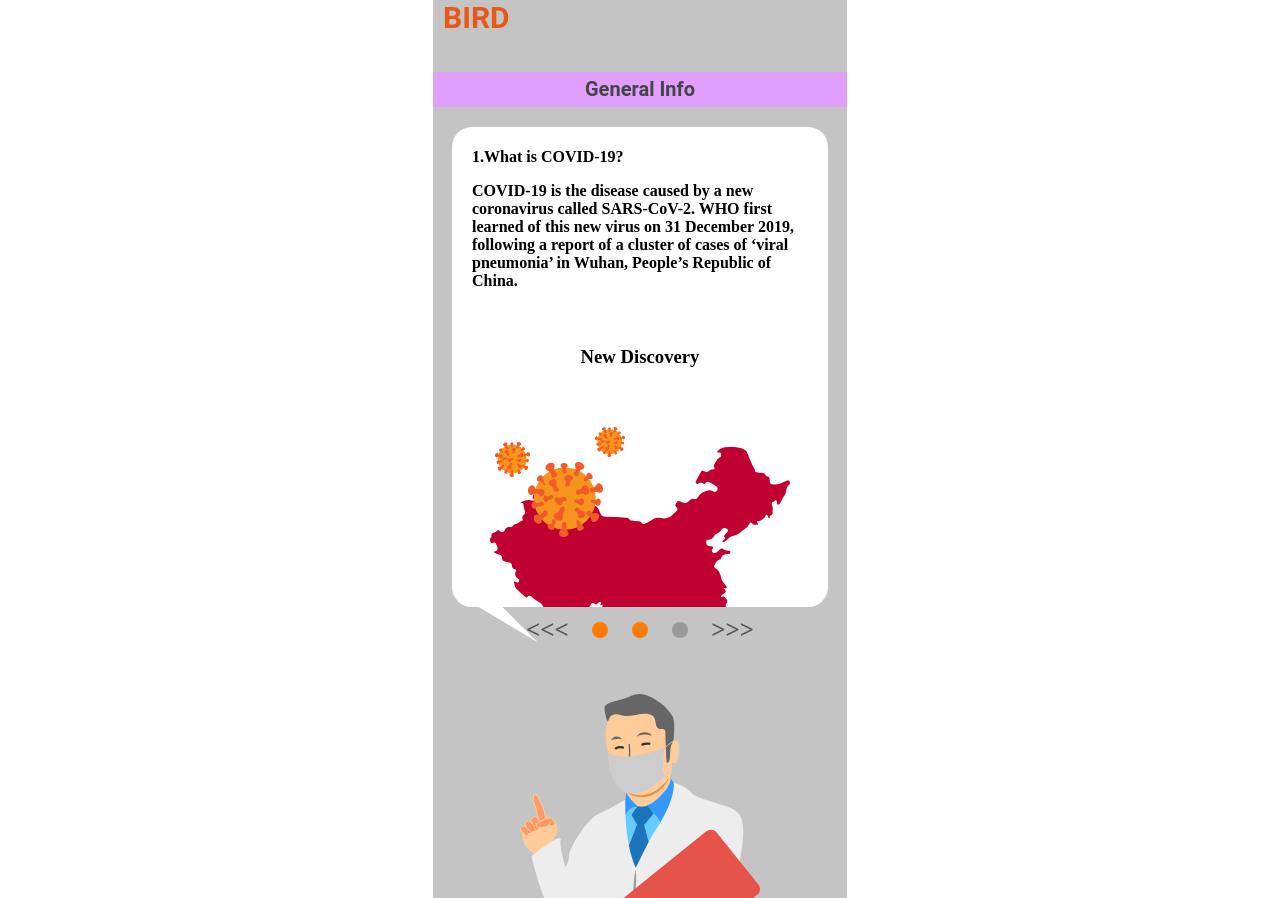
Repository: Levic559/BIRD
Page: General_info-1/1.html
An editor plug-in stored every save of this project. The page is shown before and after the next save, followed by the edit.
The browser window is 1280 px wide. The pictures show the whole page.

Above is the page before, as saved 2021-03-10 21:49:05.

### General_info-1/1.html
<!DOCTYPE html>
<html lang="en">
<head>
  <meta charset="UTF-8">
  <meta http-equiv="X-UA-Compatible" content="IE=edge">
  <meta name="viewport" content="width=device-width, initial-scale=1.0">
  <title>General Info 1-1</title>
  <link rel="stylesheet" href="../General_info_structure/mystyle.css">
</head>
<body>
  <div class="wrap">
    <div class="pages">
      <div class="header"></div>
      <div class="banner"></div>
      <div class="infographic">
        <h4 class="infographicQ"> 1.What is COVID-19?<br>
          <p>

            COVID-19 is the disease caused by a new coronavirus called SARS-CoV-2.  WHO first learned of this new virus on 31 December 2019, following a report of a cluster of cases of ‘viral pneumonia’ in Wuhan, People’s Republic of China.

          </p>
        </h4>
        <h3 class="Head">New Discovery</h3>
        <p class="infographicText">
        </p>
        <div class="infographicImg">
          <img src="../assets/wuhan.svg">
        </div>
        <div class="infographicImg2">
          <img src="../assets/virus.svg">
        </div>
        <div class="infographicImg3">
          <img src="../assets/virus.svg">
        </div>
        <div class="infographicImg4">
          <img src="../assets/virus.svg">
        </div>
      </div>
      <div class="triangle">
        <img src="../assets/chat-triangle.svg" class="triangleimg">
      </div>
      <div class="BtnPages"></div>
      <div class="Speaker">
        <img src="../assets/doctor-hand.svg" onmouseover="HandleDoctorOn()"
        onmouseout="HandleDoctorOut()" class="doctor">
      </div>
    </div>
</div>
</body>
<script src="../comps/Logo/index.js"></script>
<script src="../comps/Banner/index.js"></script>
<script src="../comps/BtnPages/index.js"></script>
<script src="1.js"></script>
<script>
        function HandleDoctorOn ()
  {
    document.querySelector(".doctor").src ="../assets/doctor.svg"
    document.querySelector(".doctor").style.width = "100%"
    document.querySelector(".doctor").style.height = "100%"
  }
  function HandleDoctorOut ()
  {
    document.querySelector(".doctor").src ="../assets/doctor-hand.svg"
    document.querySelector(".doctor").style.width = ""
    document.querySelector(".doctor").style.height = ""

  }
</script>
</html>

### General_info_structure/mystyle.css
body {
  margin: 0;
  padding: 0;
}

.wrap{
  width: 100vw;
  height: 100vh;
  box-sizing: border-box;
  position: relative;
  display: flex;
  flex-direction: row;
}
.pages{
  margin: 0 auto;
  width: 414px;
  height: 898px;
  display: flex;
  flex-direction: column;
  background-color: #C4C4C4;
  overflow: hidden;
}
.header{
  width: 414px;
  height: 85px;
  padding-left: 10px;
}
.banner{
  width: 414px;
  height: 35px;
  margin: 0 ;
  padding: 0;
}
.bgcWhite{
  background-color: #fff;
}

.infographic {
  width: 376px;
  min-height: 480px;
  max-height: 480px;
  margin-top: 20px;
  background-color: white;
  border-radius: 20px;
  align-self: center;
  display: flex;
  flex-direction: column;
  align-items: center;
  justify-content: space-between;
}

.triangle {
  width: 70px;
  height: 70px;
  overflow: hidden;
  position: relative;
  left: 35px;
  bottom: 15px;
}

.triangleimg {
  width: 100%;
  height: 100%;
}

.BtnPages {
  align-self: center;
  position: relative;
  bottom: 50px;
}

.Speaker {
  width: 240px;
  height: 240px;
  overflow: hidden;
  align-self: center;
}
.head{
  color: lightgray;
  position: relative;
  display: flex;
  text-align: left;

}

.infographicImg{

  width: 300px;
  height: 200px;
  overflow: hidden;
}
.infographicImg2{
  width: 35px;
  height: 35px;
  position: absolute;
  margin-top: 315px;
  margin-right: 255px;
  overflow: hidden;
}
.infographicImg3{
  width: 75px;
  height: 75px;
  position: absolute;
  margin-top: 335px;
  margin-right: 150px;
  overflow: hidden;
}
.infographicImg4{
  width: 30px;
  height: 30px;
  position: absolute;
  margin-top: 300px;
  margin-right: 60px;
  overflow: hidden;
}


.infographicQ {
  padding-left: 20px;
  padding-right: 20px;
}

.infographicText {
  font-size: 30px;
  padding-left: 20px;
  padding-right: 20px;
}

### comps/Logo/index.js
function LogoUI(fontSize="84",fontWeight="700", Scolor="grey"){
  return`
  <div style="
  font-size:${fontSize}px;
  font-weight:${fontWeight};
  font-family: Roboto;
  position:absolute;
  color:#E95719;
  text-shadow:3px 3px 3px ${Scolor} ;
  transition: opactity 0.3s; left 0.5s;
  opacity:1;
  onmouseover="LogoUI.HandleMouseover(this)";
  onmouseout="LogoUI.HandleMouseout(this)";
  onclick="LogoUI.Handleclick(this)";
  >BIRD</div>

  `
}

LogoUI.HandleMouseover = (el) =>{
  el.style.opacity = 0.75;
}

LogoUI.HandleMouseout = (el) =>{
  el.style.opacity = 1;
}

LogoUI.Handleclick = (el) =>{
  el.style.top = "-20px";
  el.style.fontSize="550%";
}

// export  const Logo = LogoUI();

### comps/Banner/index.js
function BannerUI(text="Covid-19"){
  return`
  <div style="
  width:414px;
  height:35px;
  font-size:20px;
  line-height: 35px;
  text-align: center;
  font-weight:700;
  font-family: Roboto;
  background-color:#E09EFF;
  color:#454545;
  ">${text}</div>

  `
}

// export  const Banner = BannerUI();

### comps/BtnPages/index.js
function BtnPagesUI (circleTwo="#9A9999", circleThree="#9A9999", lastPage="../General_info_structure/General_info-1.html", nextPage="../General_info_structure/General_info-1.html")
{
    return`
        <div style="
            display: flex;
            flex-direction: row;
            max-width: 228px;
            min-width: 228px;
            justify-content: space-between;
            align-items: center;
        ">
            <div style="
                font-size: 25px;
                font-weight: bold;
                color: #545454;
                transition: text-shadow 0.3s;
            "
            onmouseover='BtnPagesUI.HandleMouseOver1(this)'
            onmouseout='BtnPagesUI.HandleMouseOut1(this)'
            onclick='window.location.href="${lastPage}"'
            > <<< </div>

            <div style="
                width: 16px;
                height: 16px;
                border-radius: 50%;
                background-color: #FF7A00;
                transition: border 0.3s;
            "
            onmouseover='BtnPagesUI.HandleMouseOver2(this)'
            onmouseout='BtnPagesUI.HandleMouseOut2(this)'
            onclick='window.location.href="../General_info-1/1.html"'
            ></div>
            <div style="
                width: 16px;
                height: 16px;
                border-radius: 50%;
                background-color: ${circleTwo};
                transition: border 0.3s;
            "
            onmouseover='BtnPagesUI.HandleMouseOver2(this)'
            onmouseout='BtnPagesUI.HandleMouseOut2(this)'
            onclick='window.location.href="../General_info-3/1.html"'
            ></div>
            <div style="
                width: 16px;
                height: 16px;
                border-radius: 50%;
                background-color: ${circleThree};
                transition: border 0.3s;
            "
            onmouseover='BtnPagesUI.HandleMouseOver2(this)'
            onmouseout='BtnPagesUI.HandleMouseOut2(this)'
            onclick='window.location.href="../General_info-5/1.html"'
            ></div>

            <div style ="
                font-size: 25px;
                font-weight: bold;
                color: #545454;
                transition: text-shadow 0.3s;
            "
            onmouseover='BtnPagesUI.HandleMouseOver1(this)'
            onmouseout='BtnPagesUI.HandleMouseOut1(this)'
            onclick='window.location.href="${nextPage}"'
            > >>> </div>
        </div>
    `
}

BtnPagesUI.HandleMouseOver1 = (el) => {
    el.style.textShadow = "0px 0px 3px black"
}

BtnPagesUI.HandleMouseOut1 = (el) => {
    el.style.textShadow = "0px 0px 0px #545454"
}

BtnPagesUI.HandleMouseOver2 = (el) => {
    el.style.border = " 2px solid #545454"
}
BtnPagesUI.HandleMouseOut2 = (el) => {
    el.style.border = " 0px solid #545454"
}



//export const BtnPages = BtnPagesUI()

### General_info-1/1.js
document.querySelector(".header").innerHTML += LogoUI(30,700, "#C4C4C4");
document.querySelector(".banner").innerHTML += BannerUI("General Info");
document.querySelector(".BtnPages").innerHTML += BtnPagesUI("#FF7A00", "#9A9999");

After the next save:
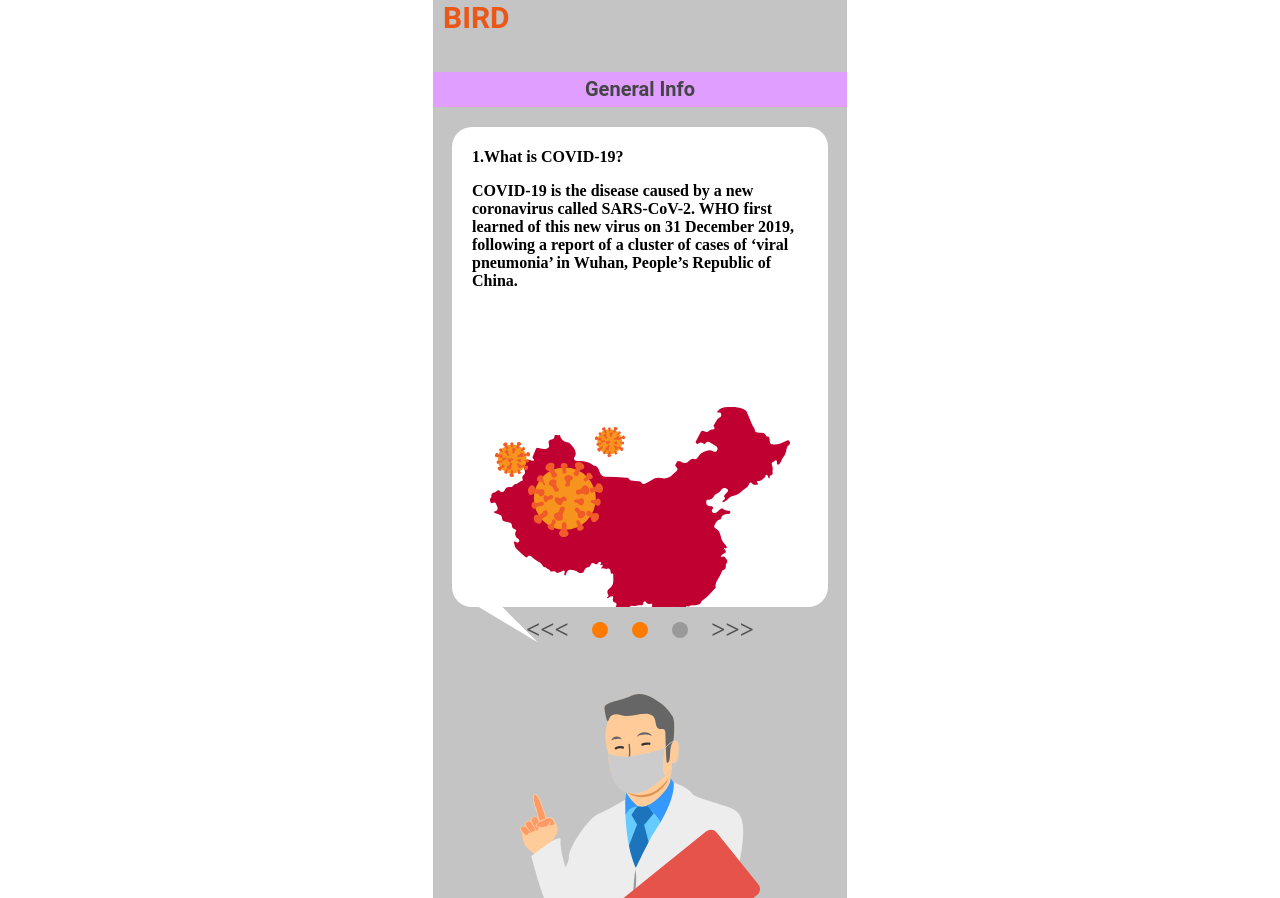
Saved 27 s later.
--- a/General_info-1/1.html
+++ b/General_info-1/1.html
@@ -20,7 +20,6 @@
 
           </p>
         </h4>
-        <h3 class="Head">New Discovery</h3>
         <p class="infographicText">
         </p>
         <div class="infographicImg">
